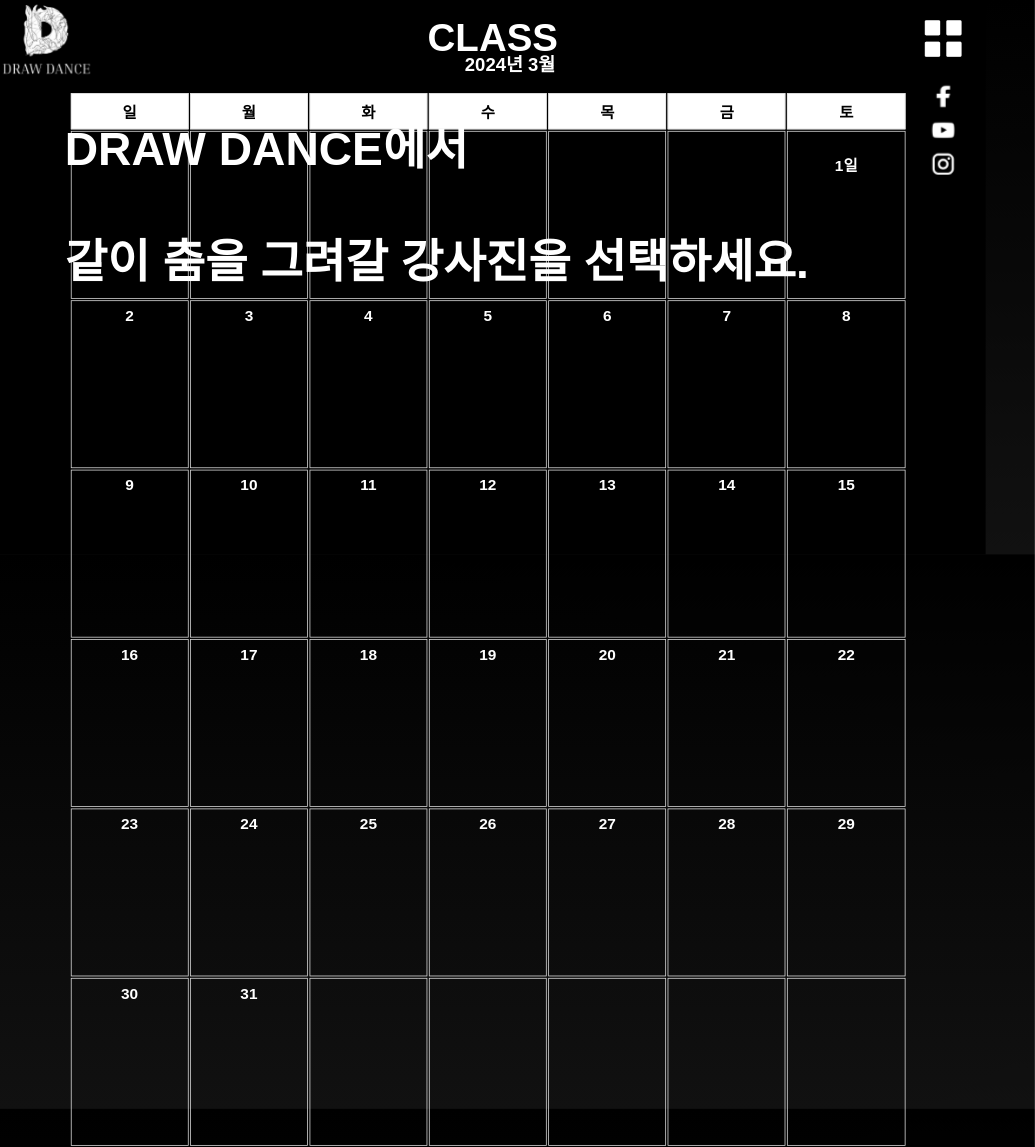
Repository: seonghun9906/semiProject
Page: http://localhost/drawAcademy/WEB-INF/views/Class/classpage.jsp
The author's editor kept a copy of each file at every save. The page is drawn from the files as they stood at one save, then again after the next save.
The browser window is 1280 px wide. The page is 1344 px wide, so the pictures cover 1344 px, including what lies to the right of the window. The pictures show the whole page, at 77% of full size.
The page is served by Tomcat 9. Nobody is signed in. Other server files are loaded and not shown. The template is opened directly, without the code that normally fills it, so the values that code supplies are empty.

Above is the page before, as saved 2024-02-28 01:53:35.

### drawAcademy/src/main/webapp/WEB-INF/views/Class/classpage.jsp
<%@ page language="java" contentType="text/html; charset=UTF-8"
   pageEncoding="UTF-8"%>
<%@ taglib uri="http://java.sun.com/jsp/jstl/core" prefix="c"%>
<!DOCTYPE html>
<html>
<head>
<meta charset="UTF-8">
<title>수강신청 사이트</title>
<link rel="stylesheet" href="resources/css/classpage.css">
<script src="https://code.jquery.com/jquery-3.7.1.min.js"
   integrity="sha256-/JqT3SQfawRcv/BIHPThkBvs0OEvtFFmqPF/lYI/Cxo="
   crossorigin="anonymous"></script>

</head>
<body>
   <div class="bodyMain">
      <div class="title">
         CLASS
      </div>
      <div class="middle-part">
         <p>DRAW DANCE에서</p>
         <p>같이 춤을 그려갈 강사진을 선택하세요.</p>
      </div>
      <div class="headerMenu">
         <button class="Home-btn" onclick="location.href='./'">
            <img src="resources/images/lg.png" class="logo">
         </button>
      </div>
      <div id="menu-container">
         <img src="resources/images/menu.png" id="menuButton">
         <div id="rectangle">
            <br> <br>
            <button class="Home-btn" onclick="location.href='./'">
               <p>HOME</p>
            </button>
            <br> <br> <br>
            <button class="ABOUT-btn" onclick="location.href='./about'">
               <p>ABOUT</p>
            </button>
            <br> <br> <br>
            <button class="INSTRUCTORS-btn"
               onclick="location.href='./instructors'">
               <p>INSTRUCTORS</p>
            </button>
            <br> <br> <br>
            <button class="CLASS-btn" onclick="location.href='./classpage'">
               <p>CLASS</p>
            </button>
             <br> <br> <br>
              <button class="CONTACT-btn" onclick="location.href='./qboard'">
               <p>FAQ</p>
            </button>
            <br> <br> <br> <br> <br> <br> <br>
            <div class="smallWord">
               <button id="loginBtn" class="LOGIN-btn"
                  onclick="location.href='./login'">
                  <small>LOGIN</small>
               </button>
               <form id="logoutForm" action="logout" method="get">
                  <button class="LOGIN-btn" onclick="location.href='./'">
                     <small>LOGOUT</small>
                  </button>
               </form>
               <button id="signupBtn" class="SIGNUP-btn"
                  onclick="location.href='./signUp'">
                  <small>SIGN UP</small>
               </button>
               <button id="myPage" class="MYPAGE-btn"
                  onclick="location.href='./mypage'">
                  <small>MY PAGE</small>
               </button>
            </div>
            <br> <br>
            <div id="icon-container2">
               <a href="https://www.facebook.com"> <img
                  src="resources/images/facebookIcon.png" class="facebook">
               </a> <a href="https://www.youtube.com"> <img
                  src="resources/images/youtubeIcon.png" class="youtube">
               </a> <a href="https://www.instagram.com"> <img
                  src="resources/images/instagramIcon.png" class="instagram">
               </a>
            </div>
         </div>
      </div>
      <div id="icon-container">
         <a href="https://www.facebook.com"> <img
            src="resources/images/facebookIcon.png" class="facebook">
         </a> <a href="https://www.youtube.com"> <img
            src="resources/images/youtubeIcon.png" class="youtube">
         </a> <a href="https://www.instagram.com"> <img
            src="resources/images/instagramIcon.png" class="instagram">
         </a>
      </div>
     <!--  <div class="instructor-container">
         <div class="instructor1">
            <a href="class1"> <img src="resources/images/강사 프로필 사진.PNG"
               alt="강사1">
            </a>
         </div>
         <div class="instructor2">
            <a href="class2"> <img src="resources/images/강사 프로필 사진.PNG"
               alt="강사2">
            </a>
         </div>
         <div class="instructor3">
            <a href="class3"> <img src="resources/images/강사 프로필 사진.PNG"
               alt="강사3">
            </a>
         </div>
      </div>
       -->


   <div class = cal>
	<h2>2024년 3월</h2>
	<table>
    	<thead>
        <tr>
            <th>일</th>
            <th>월</th>
            <th>화</th>
            <th>수</th>
            <th>목</th>
            <th>금</th>
            <th>토</th>
        </tr>
    </thead>
    <tbody>
        <tr>
            <td></td>
            <td></td>
            <td></td>
            <td></td>
            <td></td>
            <td></td>
            <td>
            <p>1일</p>
            </td>
        </tr>
        <tr>
            <td>2</td>
            <td>3</td>
            <td>4</td>
            <td>5</td>
            <td>6</td>
            <td>7</td>
            <td>8</td>
        </tr>
        <tr>
            <td>9</td>
            <td>10</td>
            <td>11</td>
            <td>12</td>
            <td>13</td>
            <td>14</td>
            <td>15</td>
        </tr>
        <tr>
            <td>16</td>
            <td>17</td>
            <td>18</td>
            <td>19</td>
            <td>20</td>
            <td>21</td>
            <td>22</td>
        </tr>
        <tr>
            <td>23</td>
            <td>24</td>
            <td>25</td>
            <td>26</td>
            <td>27</td>
            <td>28</td>
            <td>29</td>
        </tr>
        <tr>
            <td>30</td>
            <td>31</td>
            <td></td>
            <td></td>
            <td></td>
            <td></td>
            <td></td>
        </tr>
    </tbody>
</table>
</div>

</div><!-- bodymain -->


</body>
<script>
   var rectangle = document.getElementById('rectangle');
   var menuButton = document.getElementById('menuButton');
   var iconContainer = document.getElementById('icon-container');
   var isRectangleVisible = false; // rectangle의 초기 상태를 정의 - 첫 메뉴 클릭 때 실행되지 않는 현상 해결

   menuButton.addEventListener('click', function() {
      if (!isRectangleVisible) {
         rectangle.style.display = 'block';
         iconContainer.style.display = 'none'; //메뉴 창이 나오면서 iconcontainer 사라지기
         isRectangleVisible = true; // rectangle이 보이는 상태로 설정
      } else {
         rectangle.style.display = 'none';
         iconContainer.style.display = 'flex';
         isRectangleVisible = false; // rectangle이 숨겨진 상태로 설정
      }
   });
</script>
<script>

document.addEventListener("DOMContentLoaded", function() {
  var loginBtn = document.getElementById("loginBtn");
  var logoutForm = document.getElementById("logoutForm");
  var signupBtn = document.getElementById("signupBtn");
  var myPageBtn = document.getElementById("myPage");

  var loggedInMember = '<%=session.getAttribute("login")%>';

      console.log("세션에 저장된 값: " + loggedInMember);
      // 여기서 로그인 여부를 확인하고 그에 따라 버튼을 표시하거나 숨깁니다.
      var isLoggedIn = loggedInMember !== 'null' && loggedInMember !== '';

      if (isLoggedIn) {
         loginBtn.style.display = "none";
         logoutForm.style.display = "block";
         signupBtn.style.display = "none";
         myPageBtn.style.display = "block";
      } else {
         loginBtn.style.display = "block";
         logoutForm.style.display = "none";
         signupBtn.style.display = "block";
         myPageBtn.style.display = "none";
      }
   });
</script>
<script>
   console.log("classLimitB 값: ${classLimitB}");
</script>
</html>

### drawAcademy/src/main/webapp/resources/css/classpage.css
html {
   height: 100%;
}

body {
   margin: 0;
   padding: 0;
   font-family: sans-serif;
   background: linear-gradient(#000000, #111111);
}

h2{
	color : white;
	font-weight: bold;
	margin-left : 47.25%;
}
 		.cal {
         table-layout: fixed;
         width: 85%;
         border-collapse: collapse;
         color : white;
         margin-top : 5%;
         margin-left : 7%;
        }


        th, td {
            border: 1px solid #ddd;
            padding: 8px;
            text-align: center;

        }

        th {
            background-color: #ffffff;
            color : black;
            font-weight: bold;
            font-size:20px;
        }

        td {
       		width : 255px;
        	height : 200px;
            cursor: pointer;
            color : white;
            text-align: center;
            vertical-align: top;
            font-size: 20px;
 		font-weight: bold;
        }

        td:hover {
            background-color: white;
            color : black;

        }

          td:hover a {
            background-color: white;
            color : black;

        }

 .Testclass{
 	color: white;
        text-decoration: none;
 	font-size: 20px;
 	font-weight: bold;
 }

.bodyMain {
   position: absolute;
   background-color: #000000;
   top: 0;
   left: 0;
   bottom: 0;
   right: 0;
   width: 100%;
   height: 100%;
}

.title {
   width: 100%; /* 컨테이너의 너비를 화면 전체로 설정 */
   position: absolute; /* 화면 아래에 고정시킵니다. */
   text-align: center; /* 내부 텍스트를 가운데 정렬합니다. */
   padding: 20px; /* 내부 여백 설정 (예시) */
   box-sizing: border-box; /* 패딩이 포함된 전체 너비/높이 계산 */
   color: #ffffff;
   font-size: 50px;
   font-weight: bold;
}

.middle-part {
   width: 100%; /* 컨테이너의 너비를 화면 전체로 설정 */
   position: absolute; /* 화면 아래에 고정시킵니다. */
   text-align: left; /* 내부 텍스트를 가운데 정렬합니다. */
   padding: 20px; /* 내부 여백 설정 (예시) */
   box-sizing: border-box; /* 패딩이 포함된 전체 너비/높이 계산 */
   color: #ffffff;
   font-size: 60px;
   font-weight: bold;
   margin: 5%;
}

.headerMenu .Home-btn {
   position: fixed;
   background: none;
   border: none;
   padding: 0;
   cursor: pointer;
   width: auto; /* 이미지 크기에 맞게 자동으로 조정됨 */
   z-index: 9999;
}

.headerMenu .logo {
   width: 120px; /* 이미지가 버튼 내에서 꽉 차도록 설정 */
   height: auto; /* 이미지의 가로 세로 비율을 유지하면서 버튼에 맞게 조정 */
}

.facebook {
   width: 20px;
   height: 30px;
   z-index: 9999;
}

.youtube {
   width: 30px;
   height: 20px;
   z-index: 9999;
}

.instagram {
   width: 30px;
   height: 30px;
   z-index: 9999;
}

#menu-container {
   position: relative;
   z-index: 9999;
}

#menuButton {
   cursor: pointer;
   position: fixed;
   top: 25px;
   right: 30px; /* 오른쪽으로 이동 */
   display: flex;
   width: 50px;
   height: 50px;
   z-index: 9999;
}

#icon-container {
   position: fixed;
   top: 110px;
   right: 40px;
   display: flex;
   flex-direction: column; /* 세로 방향으로 아이콘을 나열 */
   align-items: center; /* 아이콘을 수직 중앙으로 정렬 */
   gap: 15px; /* 아이콘 사이의 간격 설정 */
   z-index: 9998;
}

#rectangle {
   /* 처음엔 숨겨져 있음 */
   position: fixed;
   top: 110px; /* toggleButton 바로 아래 위치 */
   right: 30px; /* menuButton과 같게 */
   width: 10.5%;
   min-height: 200px;
   color: black;
   background-color: black;
   display: none;
   border: 2px solid white;
   background-color: black;
   z-index: 9999;
}

#rectangle button {
   cursor: pointer;
   background-color: black;
   border: none;
   padding: 0.5em 0.5em; /* 위아래 0.5em, 좌우 1em으로 설정하여 버튼 크기를 내용에 맞게 조정 */
   color: white;
   font-size: 23px;
   gap: 15px;
}

#rectangle p {
   color: white;
   text-align: left;
   font-size: 24px;
   text-decoration: underline; /* 밑줄 */
   margin: 0px;
}

.smallWord {
   color: white;
   margin: 10px;
}

#icon-container2 {
   position: relative;
   right: -30px;
   display: flex;
   margin-bottom: 30px;
   flex-direction: row; /* 가로 방향으로 아이콘을 나열 */
   align-items: center; /* 아이콘을 수직 중앙으로 정렬 */
   gap: 15px; /* 아이콘 사이의 간격 설정 */
   z-index: 9998;
}

.instructor-container {
   width: 100%;
   position: fixed;
   bottom: 0;
   padding: 20px;
   display: flex;
   justify-content: space-around;
   flex-direction: row;
   box-sizing: border-box;
}

.instructor-container img {
   width: 200px;
   height: 200px;
}

After the next save:
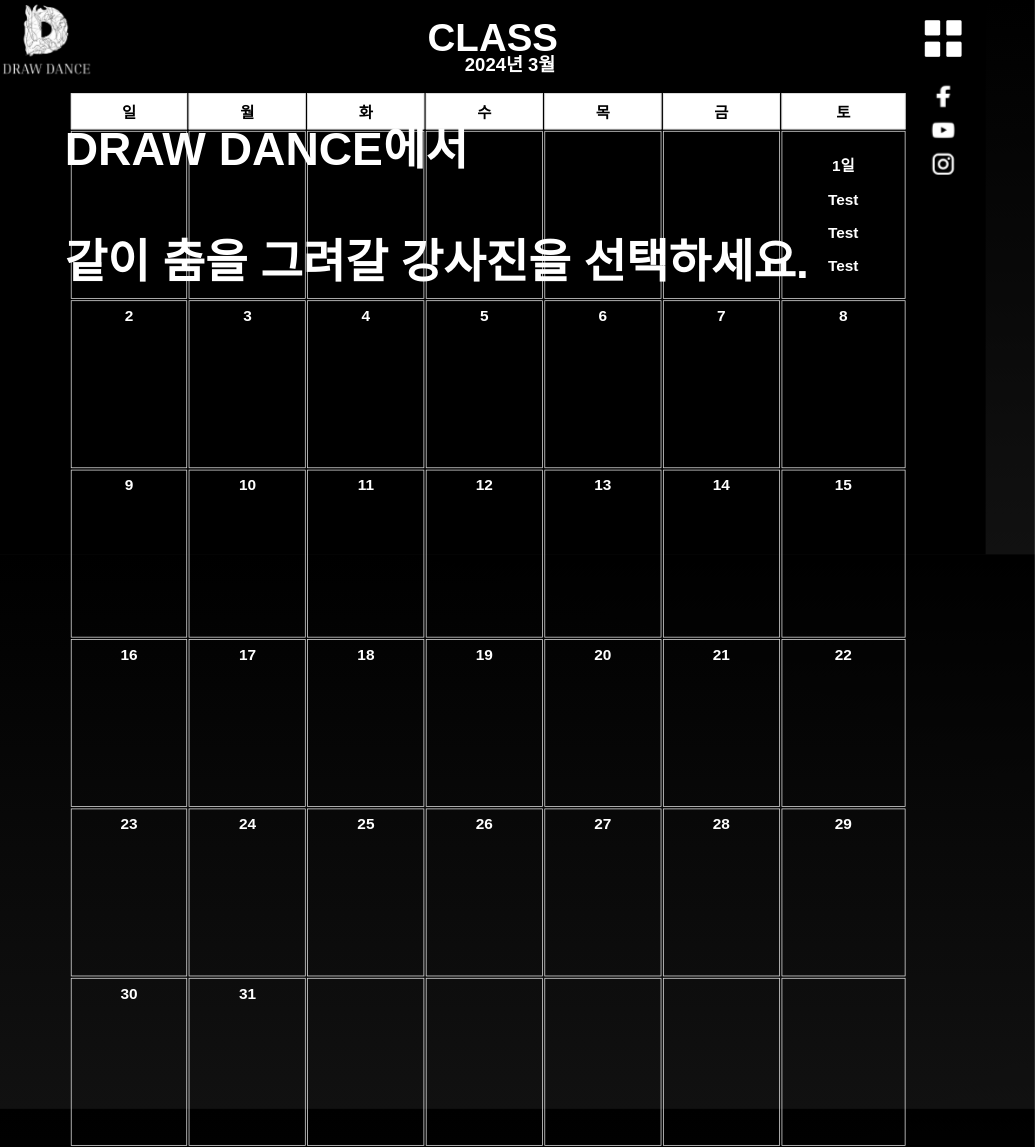
Saved 25 s later.
--- a/drawAcademy/src/main/webapp/WEB-INF/views/Class/classpage.jsp
+++ b/drawAcademy/src/main/webapp/WEB-INF/views/Class/classpage.jsp
@@ -135,6 +135,9 @@
             <td></td>
             <td>
             <p>1일</p>
+            <p>Test</p>
+            <p>Test</p>
+            <p>Test</p>
             </td>
         </tr>
         <tr>
